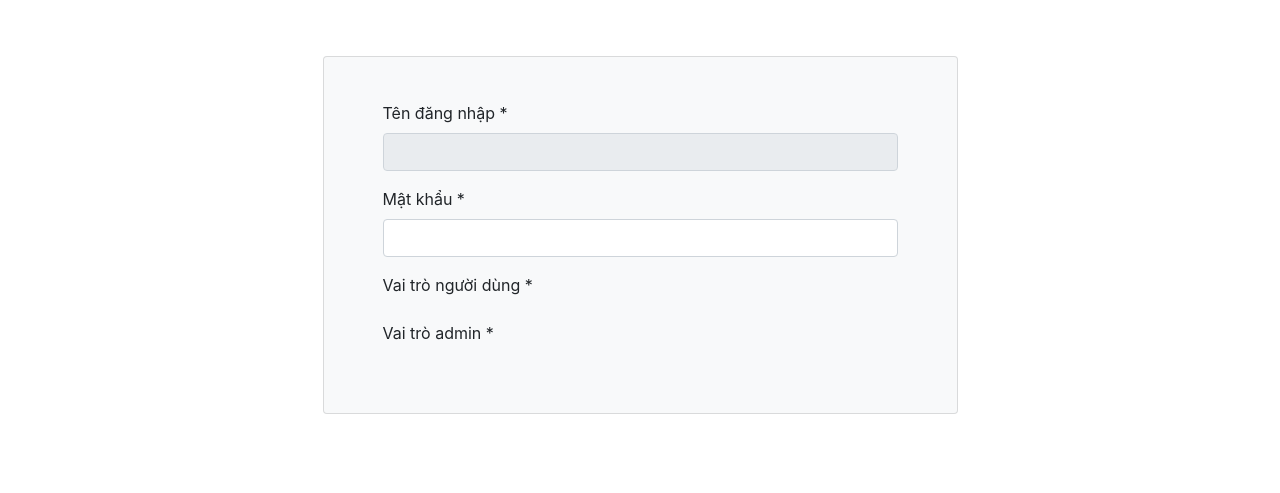
Repository: nguyenmanhtruongdat/javaServletFinalEx
Page: http://localhost/test/updateAcc
These files come from the project's save history. The page is drawn as it stood at one moment and after the next save; the edit follows.
The browser window is 1280 px wide. The pictures show the whole page.
Some web libraries are served in a nearby version. The page is served by Tomcat 9. Other server files are loaded and not shown. Queries for data that is not in the repository find no rows.

Above is the page before, as saved 2022-07-05 13:51:19.

### vku/ktx/test/src/main/webapp/updateAcc.jsp
<%@ page language="java" contentType="text/html; charset=UTF-8"
	pageEncoding="UTF-8"%>
<%@ taglib prefix="c" uri="http://java.sun.com/jsp/jstl/core"%>
<%@ taglib prefix="fmt" uri="http://java.sun.com/jsp/jstl/fmt"%>
<%@ taglib uri="http://java.sun.com/jsp/jstl/functions" prefix="fn"%>
<!DOCTYPE html>
<html>
<head>
<title>Insert title here</title>
<link rel="stylesheet"
	href="https://stackpath.bootstrapcdn.com/bootstrap/4.3.1/css/bootstrap.min.css">
<link rel="stylesheet"
	href="https://cdnjs.cloudflare.com/ajax/libs/font-awesome/6.1.1/css/all.min.css">
<link rel="stylesheet"
	href="//code.jquery.com/ui/1.13.1/themes/base/jquery-ui.css">
<script src="https://code.jquery.com/jquery-3.6.0.js"></script>
<script src="https://code.jquery.com/ui/1.13.1/jquery-ui.js"></script>
<script>
            $(function () {
                $("#datepicker").datepicker({
                    dateFormat: 'dd/mm/yy'
                });
            });

        </script>
</head>
<body>
	<div class="center" style="margin: 20 auto; width: 100%">
		<form action="./updateStd" method="post">
			<div class="container">
				<div class=" text-center mt-5 "></div>
				<div class="row ">
					<div class="col-lg-7 mx-auto">
						<div class="card mt-2 mx-auto p-4 bg-light">
							<div class="card-body bg-light">

								<div class="container">
									<form id="contact-form" role="form">



										<div class="controls">

											<div class="row">
												<div class="col-md-12">
													<div class="form-group">
														<label for="masv">Tên đăng nhập <span><span>*</span></span></label>
														<input type="text" value="${acc.username}" name="masv"
															class="form-control" id="masv" required
															readonly="readonly">

													</div>
												</div>
												<div class="col-md-12">
													<div class="form-group">
														<label for="hoten">Mật khẩu <span><span>*</span></span></label>
														<input type="text" value="" id="hoten"
															class="form-control" name="hoten" required>
													</div>
												</div>
											</div>
																						<div class="row">
												<div class="col-md-12">
													<div class="form-group">
														<label for="masv">Vai trò người dùng <span><span>*</span></span></label>
														<c:if test="${acc.isUser ==1 }">Có<input type="radio" checked="checked" value="${acc.isUser}" name="isUser"
															class="form-control" id="isUser" required
															readonly="readonly"></c:if>
															<c:if test="${acc.isUser ==0 }">Không<input type="radio" checked="checked" value="${acc.isUser}" name="isUser"
															class="form-control" id="isUser" required
															readonly="readonly"></c:if>

													</div>
												</div>
												<div class="col-md-12">
													<div class="form-group">
														<label for="hoten">Vai trò admin <span><span>*</span></span></label>
														<c:if test="${acc.isAdmin ==1 }">Có<input type="radio" checked="checked" value="${acc.isUser}" name="isUser"
															class="form-control" id="isUser" required
															readonly="readonly"></c:if>
															<c:if test="${acc.isAdmin ==0 }">Không<input type="radio" checked="checked" value="${acc.isUser}" name="isUser"
															class="form-control" id="isUser" required
															readonly="readonly"></c:if>
													</div>
												</div>
											</div>
										</div>
									</form>
								</div>
							</div>


						</div>
						<!-- /.8 -->

					</div>
					<!-- /.row-->

				</div>
			</div>

		</form>
	</div>
</body>
</html>

### vku/ktx/test/src/main/java/Controller/updateAcc.java
package Controller;

import java.io.IOException;
import java.io.PrintWriter;
import java.sql.Date;
import java.text.SimpleDateFormat;

import javax.servlet.ServletException;
import javax.servlet.annotation.WebServlet;
import javax.servlet.http.HttpServlet;
import javax.servlet.http.HttpServletRequest;
import javax.servlet.http.HttpServletResponse;

import DAO.DAO;
import entity.account;
import entity.student;

/**
 * Servlet implementation class updateStd
 */
@WebServlet("/updateAcc")
public class updateAcc extends HttpServlet {
	private static final long serialVersionUID = 1L;

    /**
     * @see HttpServlet#HttpServlet()
     */
    public updateAcc() {
        super();
        // TODO Auto-generated constructor stub
    }

	/**
	 * @see HttpServlet#doGet(HttpServletRequest request, HttpServletResponse response)
	 */
	protected void doGet(HttpServletRequest request, HttpServletResponse response) throws ServletException, IOException {
		request.setCharacterEncoding("UTF-8");
		response.setContentType("text/html;charset=UTF-8");
		response.setCharacterEncoding("UTF-8");
		PrintWriter out = response.getWriter();
		String masv = request.getParameter("username");
		DAO dao = new DAO();
		account acc = dao.selectAccByUsername(masv);
		request.setAttribute("acc", acc);
		request.getRequestDispatcher("updateAcc.jsp").forward(request, response);
	}

	/**
	 * @see HttpServlet#doPost(HttpServletRequest request, HttpServletResponse response)
	 */
	protected void doPost(HttpServletRequest request, HttpServletResponse response) throws ServletException, IOException {
		response.setContentType("text/html;charset=UTF-8");
		request.setCharacterEncoding("UTF-8");
		response.setCharacterEncoding("UTF-8");
		PrintWriter out = response.getWriter();
		DAO dao = new DAO();
		String username = request.getParameter("username");
		String password = request.getParameter("password");
		String role = request.getParameter("role");
		int roleUser=0;
		int roleAdmin=0;
		if (role.trim().equals("user")) {
			roleUser=1;
			roleAdmin=0;
		}else {
			roleUser=0;
			roleAdmin=1;
		}
		System.out.println(username);
		System.out.println(password);
		System.out.println(role);
		System.out.println(roleUser);
		System.out.println(roleAdmin);
		account acc= new account();
		try {
		String passwordEcrtdao= dao.MD5(password);
		System.out.println(passwordEcrtdao);
		 acc.setUsername(username);
		 acc.setPassword(passwordEcrtdao);
		 acc.setIsUser(roleUser);
		 acc.setIsAdmin(roleAdmin);
		  dao.updateAcc(acc);
		  response.sendRedirect("quanlyAcc");
		} catch (Exception e1) {
			e1.printStackTrace();
		}
	}

}

### vku/ktx/test/src/main/java/DBConnect/DBContext.java
package DBConnect;

import java.sql.Connection;
import java.sql.DriverManager;
import java.sql.SQLException;
public class DBContext {
	private static DBContext instance;

	public static DBContext getInstance() {
		if (instance==null) {
			instance= new DBContext();
		}
		return instance;
	}
	public Connection getConnection() throws ClassNotFoundException, SQLException{
		Class.forName("com.mysql.cj.jdbc.Driver");
		String host = "jdbc:mysql://localhost:3306/hethongktx";
		String username = "root";
		String password ="";
		return DriverManager.getConnection(host, username, password);
	}
	public static void main(String[] args) {
		DBContext db = new DBContext();
		try {
			Connection cnn =db.getConnection();
			if (cnn==null) {
				System.out.println("thatbai");
			}else {
				System.out.println("thanh cong");
			}
		} catch (ClassNotFoundException | SQLException e) {
			// TODO Auto-generated catch block
			e.printStackTrace();
		}
	}
}

Loaded but not shown: vku/ktx/test/src/main/java/DAO/DAO.java (640 lines, source omitted)

After the next save:
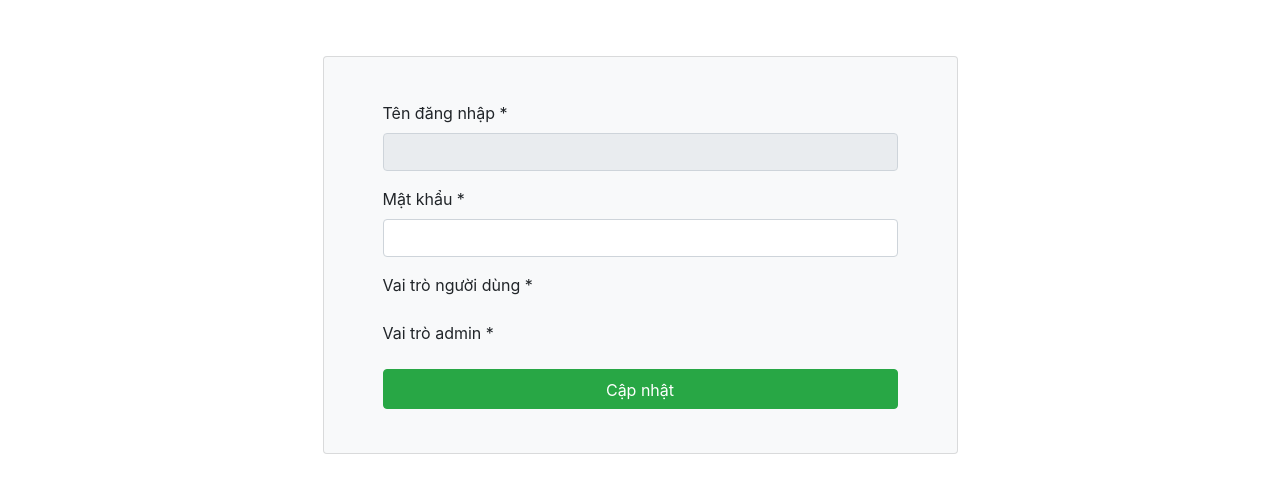
Saved 5 min 40 s later.
--- a/vku/ktx/test/src/main/webapp/updateAcc.jsp
+++ b/vku/ktx/test/src/main/webapp/updateAcc.jsp
@@ -84,6 +84,17 @@
 													</div>
 												</div>
 											</div>
+											<div class="row">
+												<div class="col-md-12">
+
+													<input type="submit"
+														class="btn btn-success btn-send  pt-2 btn-block
+                                                               "
+														value="Cập nhật">
+
+												</div>
+
+											</div>
 										</div>
 									</form>
 								</div>
